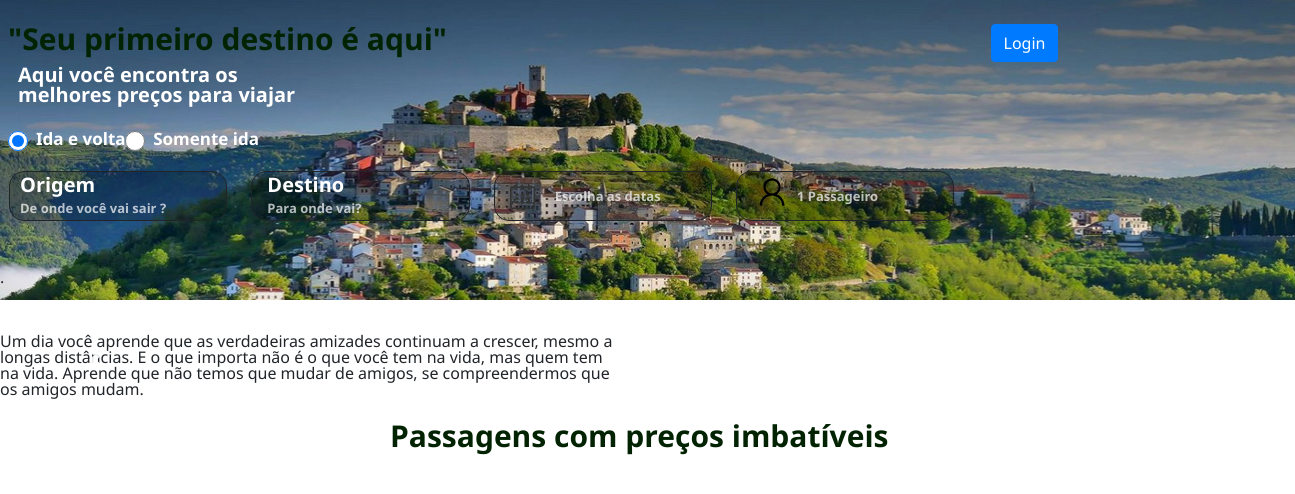
Repository: VictorFlay/Aplicacao-WEB
Page: http://localhost/ProjetoWeb/
An editor plug-in stored every save of this project. The page is shown before and after the next save, followed by the edit.
The browser window is 1280 px wide. The page is 1295 px wide, so the pictures cover 1295 px, including what lies to the right of the window. The pictures show the whole page.
Some web libraries are served in a nearby version. The page is served by Tomcat 9. Queries for data that is not in the repository find no rows.

Above is the page before, as saved 2021-07-12 00:12:02.

After the next save:
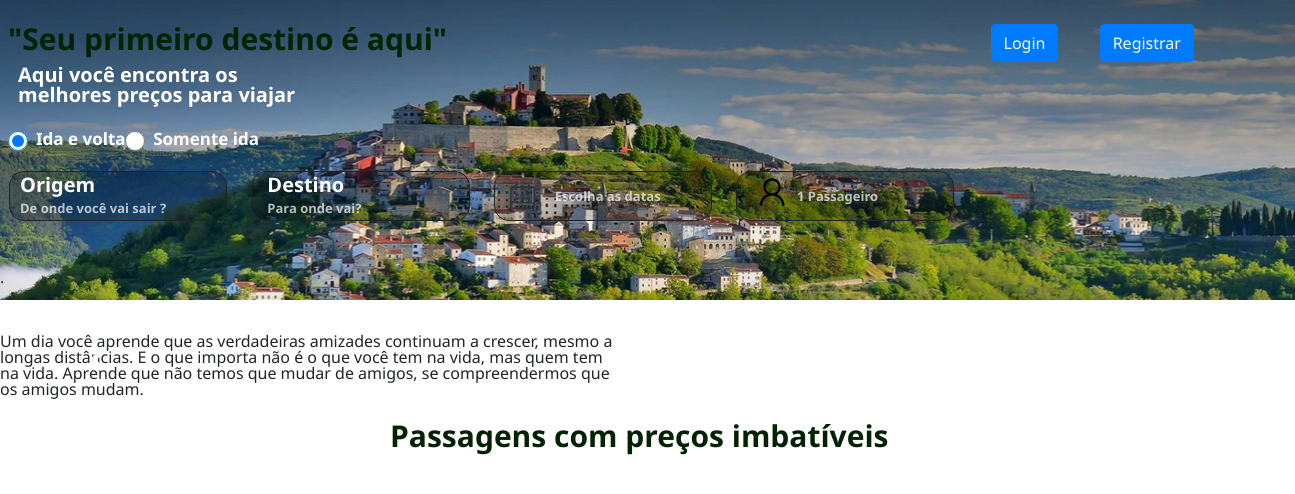
Saved 48 s later.
--- a/ProjetoWeb/WebContent/index.jsp
+++ b/ProjetoWeb/WebContent/index.jsp
@@ -90,9 +90,87 @@
 
 
     </div>
-    <!--
-
-   	 -->
+<div class="col-4 col-lg-1 mt-4">
+      			<button type="button" class="btn btn-primary" data-toggle="modal" data-target="#registrar" data-whatever="@mdo">Registrar</button>
+
+				<div class="modal fade" id="registrar" tabindex="-1" role="dialog" aria-labelledby="exampleModalLabel" aria-hidden="true">
+				  <div class="modal-dialog" role="document">
+				    <div class="modal-content">
+				      <div class="modal-header">
+				        <h5 class="modal-title" id="exampleModalLabel">Registrar</h5>
+				        <button type="button" class="close" data-dismiss="modal" aria-label="Close">
+				          <span aria-hidden="true">&times;</span>
+				        </button>
+				      </div>
+				      <div class="modal-body">
+				        <form method="POST" id="register-form">
+
+				          <div class="form-group">
+				            <label for="nome" class="col-form-label">Nome Completo:</label>
+				            <input type="text" class="form-control" id="nome" name="nome">
+				          </div>
+
+				          <div class="form-group">
+							<label for="login" class="col-form-label">Login:</label>
+				            <input type="text" class="form-control" id="login" name="login">
+				          </div>
+
+				          <div class="form-group">
+							<label for="senha" class="col-form-label">Senha:</label>
+				            <input type="password" class="form-control" id="senha" name="senha">
+				          </div>
+
+				         <div class="form-row">
+						<div class="form-group col-md-6">
+							<label for="telefone" class="col-form-label">Telefone:</label>
+				            <input type="text" class="form-control" id="phone-number" placeholder="Digite seu telefone..." name="telefone">
+				          </div>
+
+
+						<div class="form-group col-md-3 ml-4">
+							<label for="estado" class="col-form-label">Estado</label>
+      						<select id="estado" class="form-control">
+	        					<option value="AC" selected>AC</option>
+	       						<option value="AL">AL</option>
+	       						<option value="AP">AP</option>
+	       						<option value="AM">AM</option>
+	       						<option value="BA">BA</option>
+	       						<option value="CE">CE</option>
+	       						<option value="ES">ES</option>
+	       						<option value="GO">GO</option>
+	       						<option value="MA">MA</option>
+	       						<option value="MT">MT</option>
+	       						<option value="MS">MS</option>
+	       						<option value="MG">MG</option>
+	       						<option value="PA">PA</option>
+	       						<option value="PB">PB</option>
+	       						<option value="PR">PR</option>
+	       						<option value="PE">PE</option>
+	       						<option value="PI">PI</option>
+	       						<option value="RJ">RJ</option>
+	       						<option value="RN">RN</option>
+	       						<option value="RS">RS</option>
+	       						<option value="RO">RO</option>
+	       						<option value="RR">RR</option>
+	       						<option value="SC">SC</option>
+	       						<option value="SP">SP</option>
+	       						<option value="SE">SE</option>
+	       						<option value="TO">TO</option>
+	       						<option value="DF">DF</option>
+      						</select>
+						</div>
+				      </div>
+
+
+				      <div class="modal-footer">
+				        <button type="button" class="btn btn-secondary" data-dismiss="modal">Close</button>
+				        <button type="submit" class="btn btn-primary">Send message</button>
+				      </div>
+				      </form>
+				      </div>
+				    </div>
+				  </div>
+				</div>
   </div>
 
 
